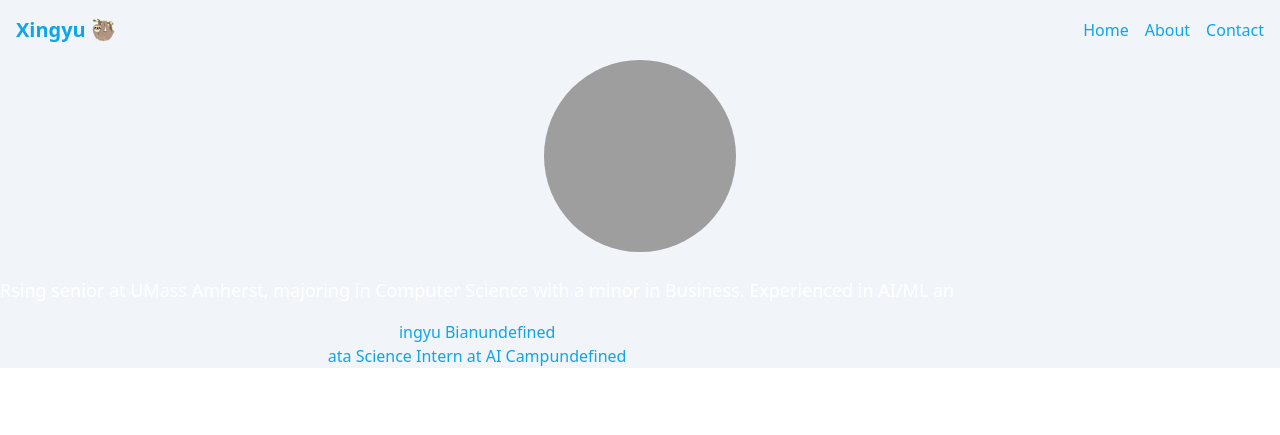
Repository: therealcyberlord/personal-portfolio
Page: /
These files come from the project's save history. The page is drawn as it stood at one moment and after the next save; the edit follows.
The browser window is 1280 px wide. The pictures show the whole page.
Pictures or frames that could not be fetched are drawn as grey boxes. The project was rebuilt for these pictures with package versions that can differ from the ones it lists, and the page was loaded fresh each time. Also part of the build but not shown: vite.config.ts, src/pages/About.tsx, src/pages/Contact.tsx.

Above is the page before, as saved 2023-07-22 23:24:40.

After the next save:
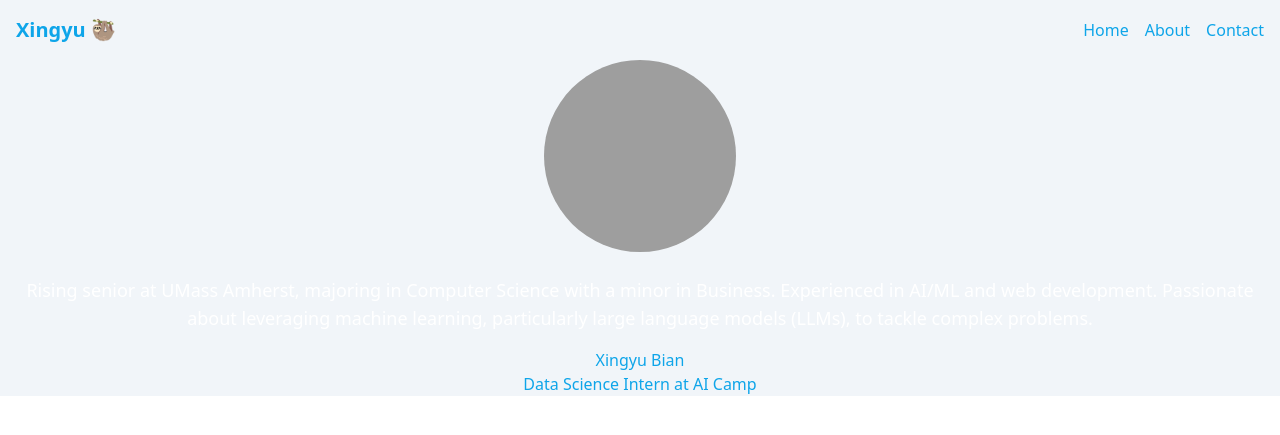
Saved 11 s later.
--- a/src/components/Profile.tsx
+++ b/src/components/Profile.tsx
@@ -1,4 +1,4 @@
-import React, { useState, useEffect } from "react";
+import React from "react";
 
 interface ProfileProps {
   name: string;
@@ -8,63 +8,11 @@ interface ProfileProps {
 }
 
 const Profile: React.FC<ProfileProps> = ({
-  name = "",
-  description = "",
+  name,
+  description,
   img_path,
-  role = "",
+  role,
 }) => {
-  const [typedDescription, setTypedDescription] = useState("");
-  const [typedName, setTypedName] = useState("");
-  const [typedRole, setTypedRole] = useState("");
-
-  useEffect(() => {
-    let currentIndex = 0;
-    const intervalId = setInterval(() => {
-      if (currentIndex < description.length) {
-        setTypedDescription((prevText) => prevText + description[currentIndex]);
-        currentIndex++;
-      } else {
-        clearInterval(intervalId);
-      }
-    }, 50);
-
-    return () => {
-      clearInterval(intervalId);
-    };
-  }, [description]);
-
-  useEffect(() => {
-    let currentIndex = 0;
-    const intervalId = setInterval(() => {
-      if (currentIndex < name.length) {
-        setTypedName((prevText) => prevText + name[currentIndex]);
-        currentIndex++;
-      } else {
-        clearInterval(intervalId);
-      }
-    }, 50);
-
-    return () => {
-      clearInterval(intervalId);
-    };
-  }, [name]);
-
-  useEffect(() => {
-    let currentIndex = 0;
-    const intervalId = setInterval(() => {
-      if (currentIndex < role.length) {
-        setTypedRole((prevText) => prevText + role[currentIndex]);
-        currentIndex++;
-      } else {
-        clearInterval(intervalId);
-      }
-    }, 50);
-
-    return () => {
-      clearInterval(intervalId);
-    };
-  }, [role]);
-
   return (
     <>
       <img
@@ -77,14 +25,14 @@ const Profile: React.FC<ProfileProps> = ({
       <figure className="md:flex">
         <div className="pt-6 text-center space-y-4">
           <blockquote>
-            <p className="text-lg font-sm text-white ">{typedDescription}</p>
+            <p className="text-lg font-sm text-white ">{description}</p>
           </blockquote>
           <figcaption className="font-medium">
             <div className="text-sky-500 dark:text-sky-400 font-sans">
-              {typedName}
+              {name}
             </div>
             <div className="text-sky-500 dark:text-sky-400 font-sans">
-              {typedRole}
+              {role}
             </div>
           </figcaption>
         </div>
